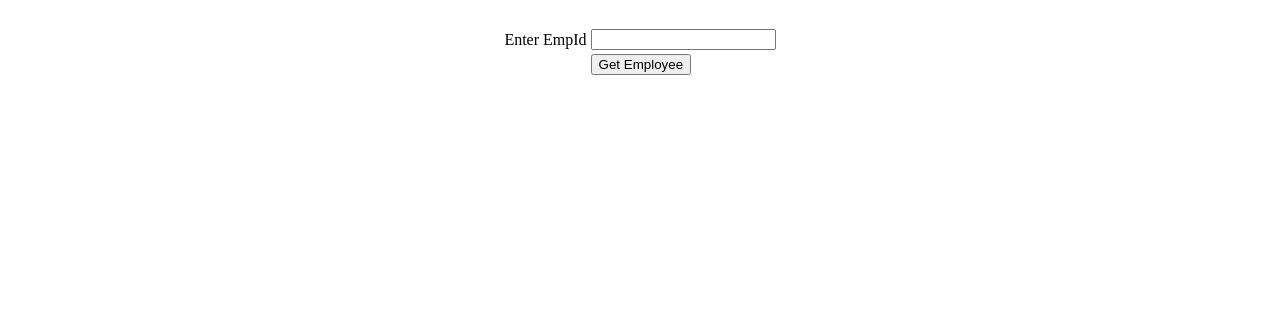
Repository: rajeshyadav3/Advjava
Page: http://localhost/EmpWebApp/GetEmpById.jsp
The author's editor kept a copy of each file at every save. The page is drawn from the files as they stood at one save, then again after the next save.
The browser window is 1280 px wide. The pictures show the whole page.
The page is served by Tomcat 9.

Above is the page before, as saved 2024-01-08 12:45:34.

After the next save:
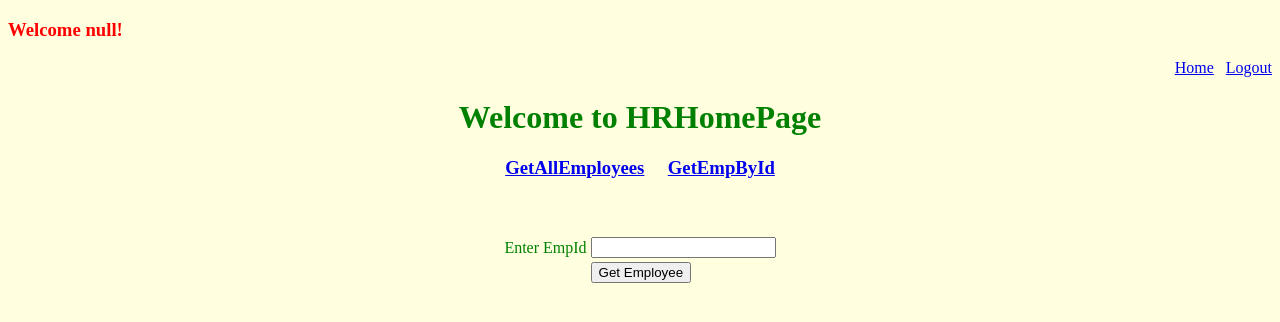
Saved 7 min 12 s later.
--- a/workspace2/EmpWebApp/WebContent/GetEmpById.jsp
+++ b/workspace2/EmpWebApp/WebContent/GetEmpById.jsp
@@ -8,6 +8,7 @@
 </head>
 <body>
 
+       <%@ include file ="HRHomePage.jsp" %>
 <br/>
 <form action="GetEmpById" method="post">
 
